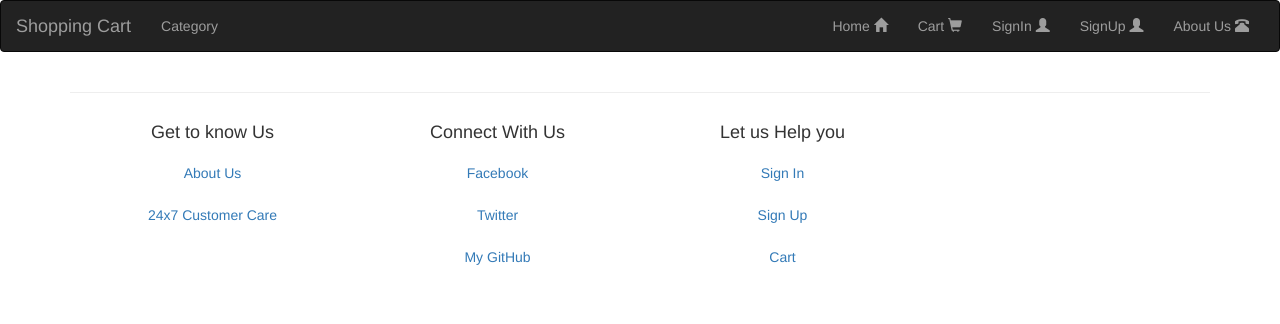
Repository: KaustubhKamat/ShoppingCartProject
Page: http://localhost/NewShoppingCart/WEB-INF/views/Home.jsp
An editor plug-in stored every save of this project. The page is shown before and after the next save, followed by the edit.
The browser window is 1280 px wide. The pictures show the whole page.
Some web libraries are served in a nearby version. The page is served by Tomcat 9. Nobody is signed in. The template is opened directly, without the code that normally fills it, so the values that code supplies are empty.

Above is the page before, as saved 2017-01-17 09:29:25.

After the next save:
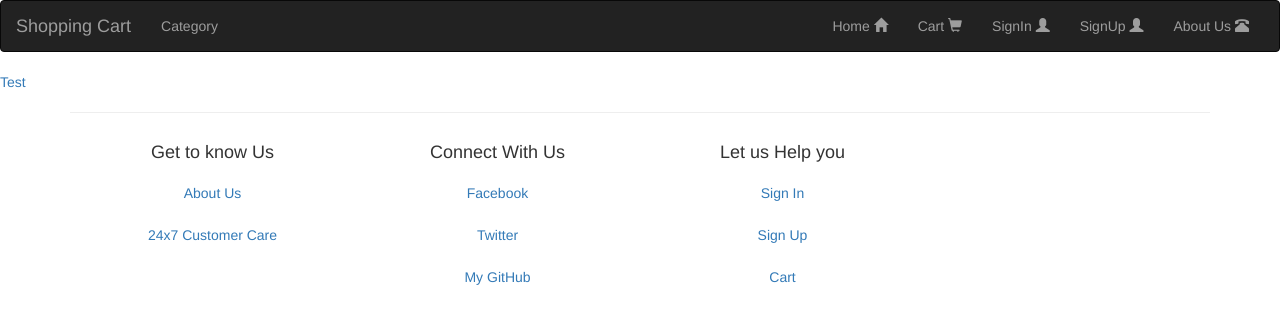
Saved 5 h 57 min later.
--- a/NewShoppingCart/src/main/webapp/WEB-INF/views/Home.jsp
+++ b/NewShoppingCart/src/main/webapp/WEB-INF/views/Home.jsp
@@ -39,7 +39,7 @@
 	<c:if test="${carousaltobedisplayed==true}">
 		<jsp:include page="Carousel.jsp"></jsp:include>
 	</c:if>
-
+<a href="Test_form">Test </a>
 
 	<c:if test="${UserHasClickedLogin==true}">
 		<jsp:include page="Login.jsp"></jsp:include>
